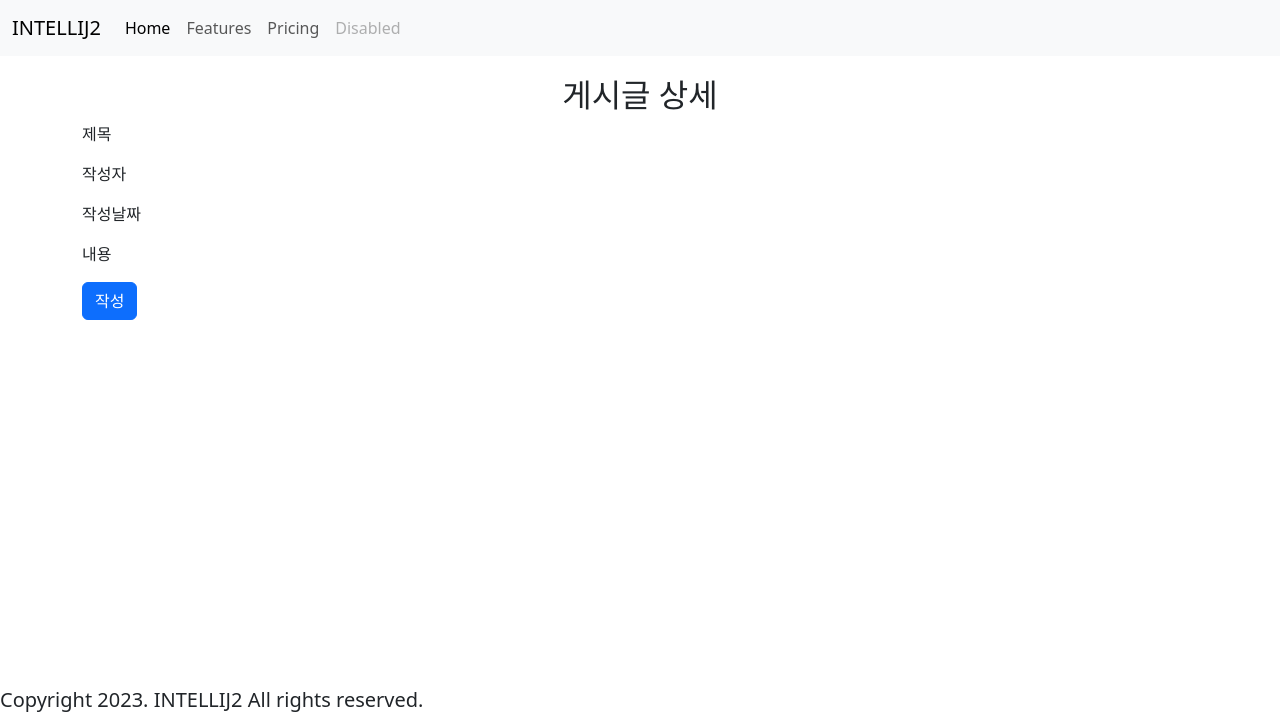
Repository: Jae-yi/JSPMybatis
Page: http://localhost/JspMybatisSub/WEB-INF/views/board/detail.jsp
The author's editor kept a copy of each file at every save. The page is drawn from the files as they stood at one save, then again after the next save.
The browser window is 1280 px wide. The pictures show the whole page.
The page is served by Tomcat 9. Nobody is signed in. Other server files are loaded and not shown. The template is opened directly, without the code that normally fills it, so the values that code supplies are empty.

Above is the page before, as saved 2023-01-17 07:52:19.

### JspMybatisSub/src/main/webapp/WEB-INF/views/board/detail.jsp
<%@ page language="java" contentType="text/html; charset=UTF-8"
	pageEncoding="UTF-8"%>
<%@ taglib prefix="c" uri="http://java.sun.com/jsp/jstl/core"%>
<!DOCTYPE html PUBLIC "-//W3C//DTD HTML 4.01 Transitional//EN" "http://www.w3.org/TR/html4/loose.dtd">
<%@ include file="../include/style.jsp"%>
<html>
<head>
<meta http-equiv="Content-Type" content="text/html; charset=UTF-8">
<title>Detail Page</title>
</head>
<body>
	<jsp:include page="../include/header.jsp"></jsp:include>
	<h2 style="text-align: center">게시글 상세</h2>

	<div class="container">
		<form action="/insertProc" method="post">
			<div class="form-group">
				<label>제목</label>
				<p>${detail.subject}</p>
			</div>
			<div class="form-group">
				<label>작성자</label>
				<p>${detail.writer}</p>
			</div>
			<div class="form-group">
				<label>작성날짜</label>
				<p>${detail.reg_date}</p>
			</div>
			<div class="form-group">
				<label>내용</label>
				<p>${detail.content}</p>
			</div>
			<button type="submit" class="btn btn-primary">작성</button>
		</form>
	</div>
	<jsp:include page="../include/footer.jsp"></jsp:include>

</body>
</html>

### JspMybatisSub/src/main/webapp/WEB-INF/views/include/style.jsp
<%@ page language="java" contentType="text/html; charset=UTF-8"
	pageEncoding="UTF-8"%>
<head>
<meta charset="UTF-8">
<title>INTELLIJ2's PROJECT</title>

<!-- Bootstrap : CSS only -->
<link
	href="https://cdn.jsdelivr.net/npm/bootstrap@5.3.0-alpha1/dist/css/bootstrap.min.css"
	rel="stylesheet"
	integrity="sha384-GLhlTQ8iRABdZLl6O3oVMWSktQOp6b7In1Zl3/Jr59b6EGGoI1aFkw7cmDA6j6gD"
	crossorigin="anonymous">
<script
	src="https://cdn.jsdelivr.net/npm/bootstrap@5.3.0-alpha1/dist/js/bootstrap.bundle.min.js"
	integrity="sha384-w76AqPfDkMBDXo30jS1Sgez6pr3x5MlQ1ZAGC+nuZB+EYdgRZgiwxhTBTkF7CXvN"
	crossorigin="anonymous"></script>

<!-- Bootstrap : JavaScript Bundle with Popper -->
<script
	src="https://cdn.jsdelivr.net/npm/@popperjs/core@2.11.6/dist/umd/popper.min.js"
	integrity="sha384-oBqDVmMz9ATKxIep9tiCxS/Z9fNfEXiDAYTujMAeBAsjFuCZSmKbSSUnQlmh/jp3"
	crossorigin="anonymous"></script>
<script
	src="https://cdn.jsdelivr.net/npm/bootstrap@5.3.0-alpha1/dist/js/bootstrap.min.js"
	integrity="sha384-mQ93GR66B00ZXjt0YO5KlohRA5SY2XofN4zfuZxLkoj1gXtW8ANNCe9d5Y3eG5eD"
	crossorigin="anonymous"></script>

<!-- JQuery -->
<script src=https://cdnjs.cloudflare.com/ajax/libs/jquery/3.6.3/jquery.min.js></script>

</head>

### JspMybatisSub/src/main/webapp/WEB-INF/views/include/header.jsp
<%@ page language="java" contentType="text/html; charset=UTF-8"
    pageEncoding="UTF-8"%>
<!DOCTYPE html PUBLIC "-//W3C//DTD HTML 4.01 Transitional//EN" "http://www.w3.org/TR/html4/loose.dtd">
<html>
<head>
<meta http-equiv="Content-Type" content="text/html; charset=UTF-8">
<title>Insert title here</title>
</head>
<body>
    <nav class="navbar navbar-expand-lg bg-body-tertiary" style="margin-bottom:20px">
  <div class="container-fluid">

    <a class="navbar-brand" href="#">INTELLIJ2</a>
    <button class="navbar-toggler" type="button" data-bs-toggle="collapse" data-bs-target="#navbarNav" aria-controls="navbarNav" aria-expanded="false" aria-label="Toggle navigation">
      <span class="navbar-toggler-icon"></span>
    </button>
    <div class="collapse navbar-collapse" id="navbarNav">
      <ul class="navbar-nav">
        <li class="nav-item">
          <a class="nav-link active" aria-current="page" href="#">Home</a>
        </li>
        <li class="nav-item">
          <a class="nav-link" href="#">Features</a>
        </li>
        <li class="nav-item">
          <a class="nav-link" href="#">Pricing</a>
        </li>
        <li class="nav-item">
          <a class="nav-link disabled">Disabled</a>
        </li>
      </ul>
    </div>
  </div>
</nav>
</body>
</html>

### JspMybatisSub/src/main/webapp/WEB-INF/views/include/footer.jsp
<%@ page language="java" contentType="text/html; charset=UTF-8"
    pageEncoding="UTF-8"%>
<!DOCTYPE html PUBLIC "-//W3C//DTD HTML 4.01 Transitional//EN" "http://www.w3.org/TR/html4/loose.dtd">
<html>
<head>
<meta http-equiv="Content-Type" content="text/html; charset=UTF-8">
<title>Insert title here</title>
</head>
<body>
    <h5 style="position:absolute; bottom:0">Copyright 2023. INTELLIJ2 All rights reserved.</h5>
</body>
</html>

After the next save:
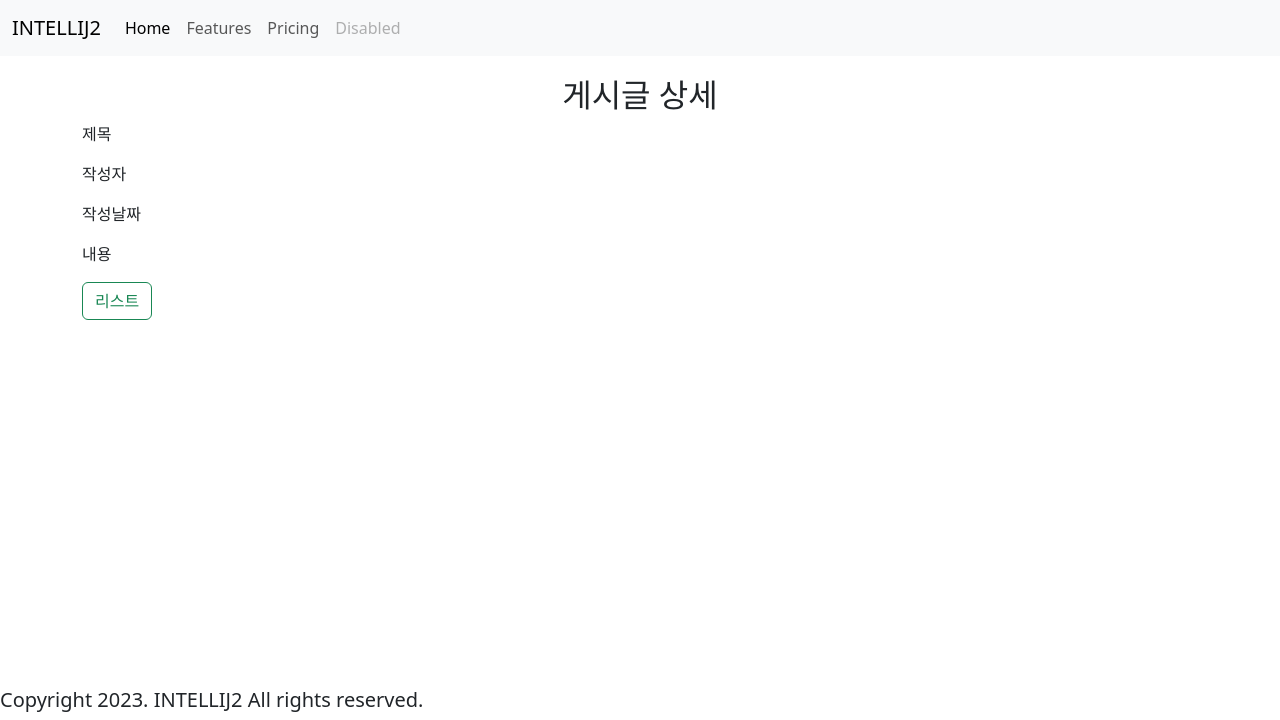
Saved 3 min 10 s later.
--- a/JspMybatisSub/src/main/webapp/WEB-INF/views/board/detail.jsp
+++ b/JspMybatisSub/src/main/webapp/WEB-INF/views/board/detail.jsp
@@ -30,7 +30,7 @@
 				<label>내용</label>
 				<p>${detail.content}</p>
 			</div>
-			<button type="submit" class="btn btn-primary">작성</button>
+			<button class="btn btn-outline-success" onclick="location.href='/list'">리스트</button>
 		</form>
 	</div>
 	<jsp:include page="../include/footer.jsp"></jsp:include>
